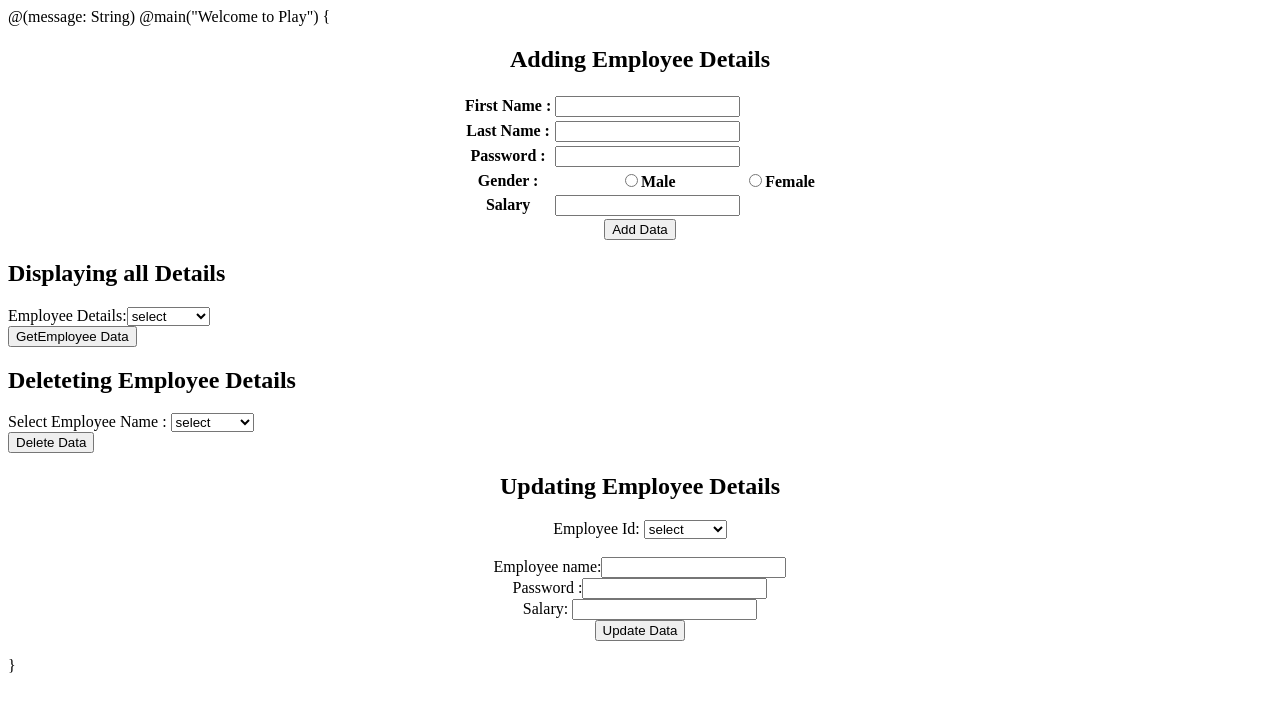
Repository: PoonamDeokar/SalesTool
Page: CrudDemo/app/views/index.scala.html
These files come from the project's save history. The page is drawn as it stood at one moment and after the next save; the edit follows.
The browser window is 1280 px wide. The pictures show the whole page.

Above is the page before, as saved 2016-09-16 09:37:08.

After the next save:
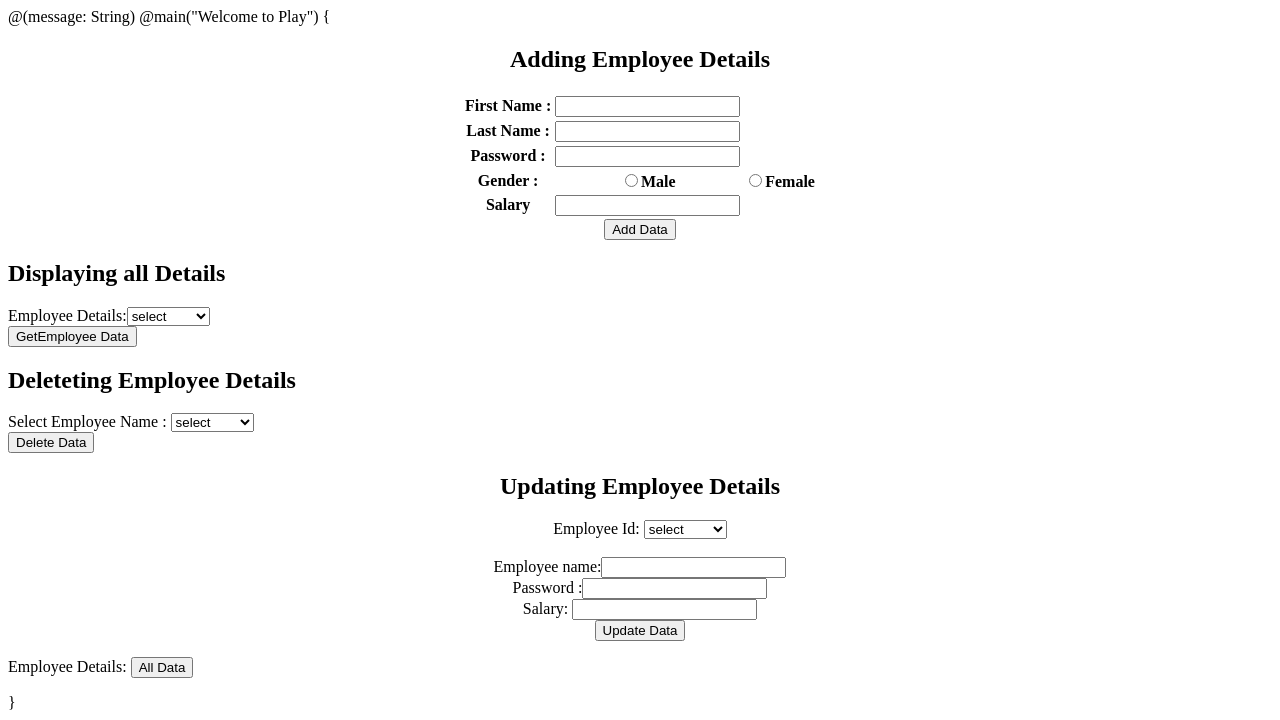
Saved 3 min 51 s later.
--- a/CrudDemo/app/views/index.scala.html
+++ b/CrudDemo/app/views/index.scala.html
@@ -81,4 +81,9 @@
 
     </form>
 
+
+    <form action="@routes.HomeController.displayAllData()" method="get">
+    Employee Details:
+    <input type="submit" value="All Data"/>
+    </form>
 }
